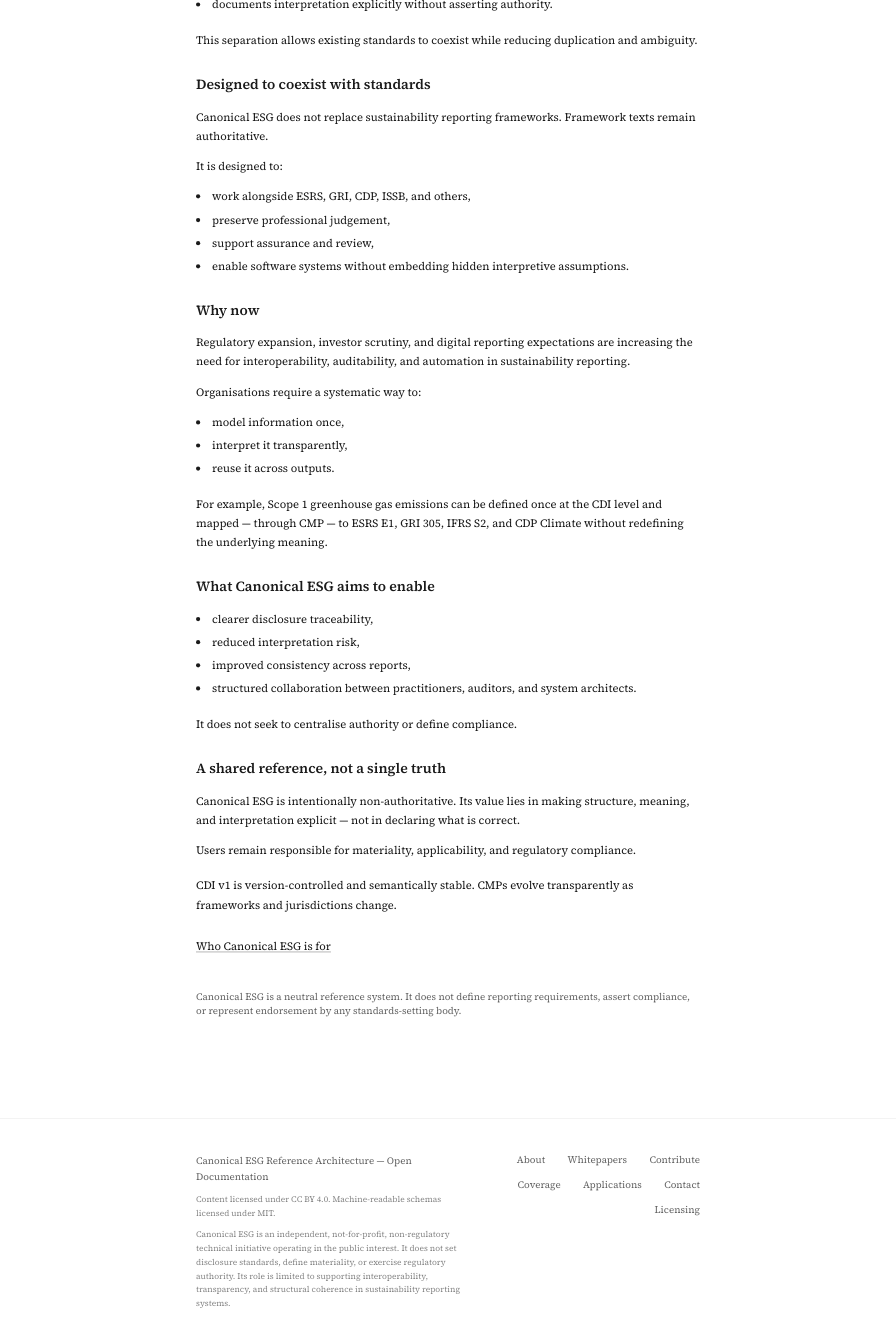
Repository: udaysxd/canonicalesg
Page: /
The author's editor kept a copy of each file at every save. The page is drawn from the files as they stood at one save, then again after the next save.
The browser window is 1280 px wide. The pictures show the part of the page from y = 1958 to 3878 px (the page is 3878 px tall before and 3833 px after), at 70% of full size.
The project was rebuilt for these pictures with package versions that can differ from the ones it lists, and the page was loaded fresh each time. The framework's server and built-in components were replaced by stand-ins that run in the browser. Also part of the build but not shown: next.config.ts.

Above is the page before, as saved 2026-02-11 13:16:42.

After the next save:
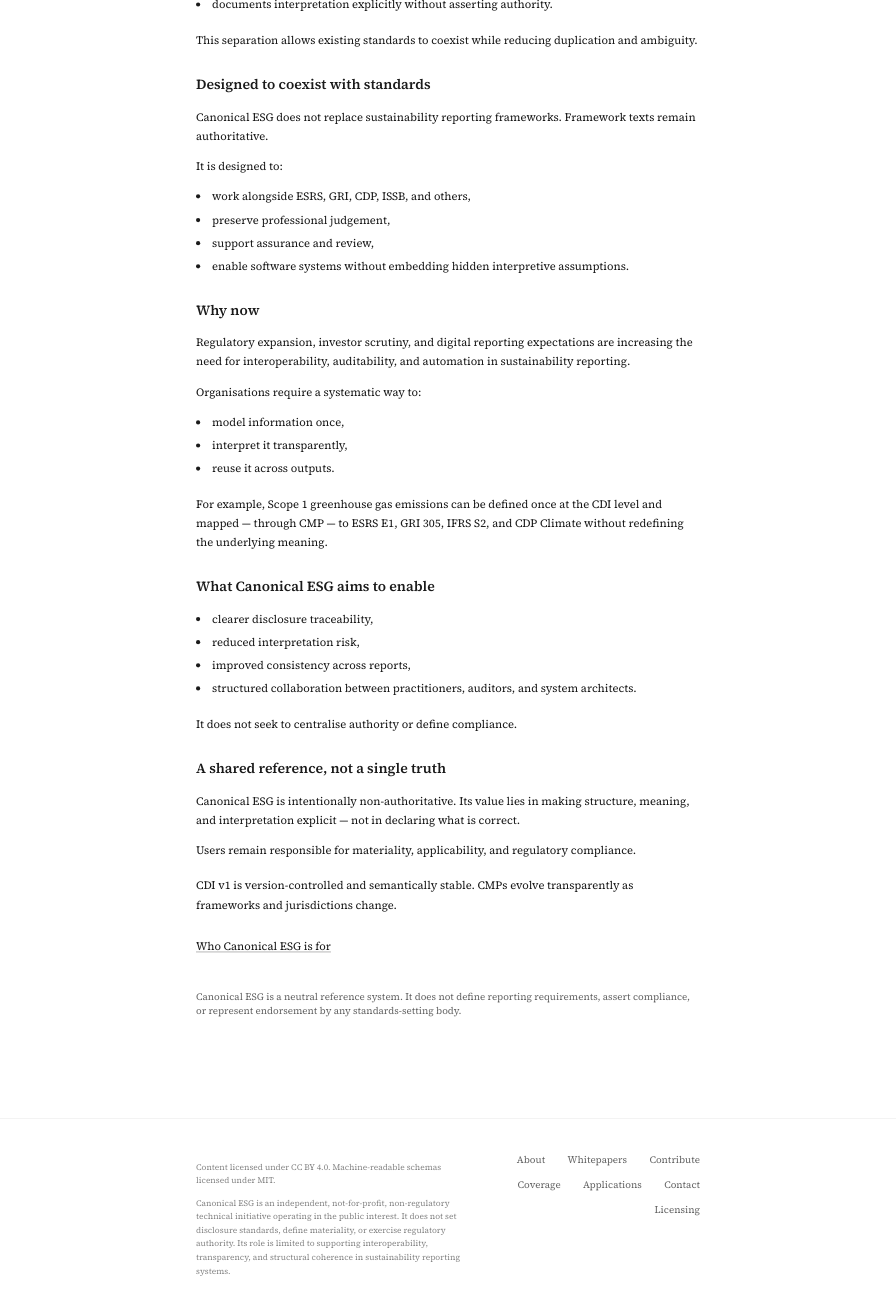
Saved 29 s later.
--- a/src/app/layout.tsx
+++ b/src/app/layout.tsx
@@ -100,7 +100,6 @@
           <div className="max-w-3xl mx-auto px-6 py-12">
             <div className="flex flex-col lg:flex-row justify-between items-start gap-10">
               <div className="max-w-sm">
-                <p className="text-sm text-[#666] leading-relaxed">Canonical ESG Reference Architecture — Open Documentation</p>
                 <p className="text-xs text-[#888] mt-3 leading-relaxed">Content licensed under CC BY 4.0. Machine-readable schemas licensed under MIT.</p>
                 <p className="text-xs text-[#888] mt-3 leading-relaxed">Canonical ESG is an independent, not-for-profit, non-regulatory technical initiative operating in the public interest. It does not set disclosure standards, define materiality, or exercise regulatory authority. Its role is limited to supporting interoperability, transparency, and structural coherence in sustainability reporting systems.</p>
               </div>
